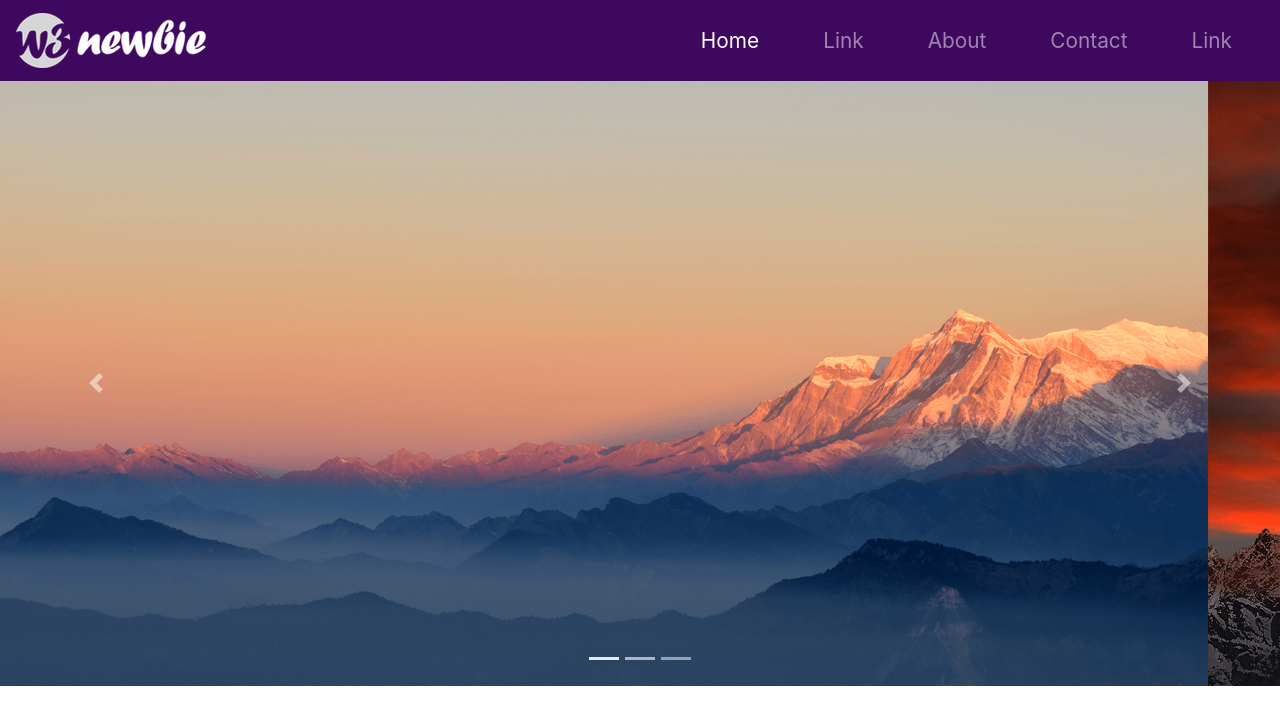
Repository: Mietlicha/bootstrap-project
Page: Bootstrap Website Files/index.html
An editor plug-in stored every save of this project. The page is shown before and after the next save, followed by the edit.
The browser window is 1280 px wide. The pictures show the whole page.

Above is the page before, as saved 2019-10-28 21:31:15.

After the next save:
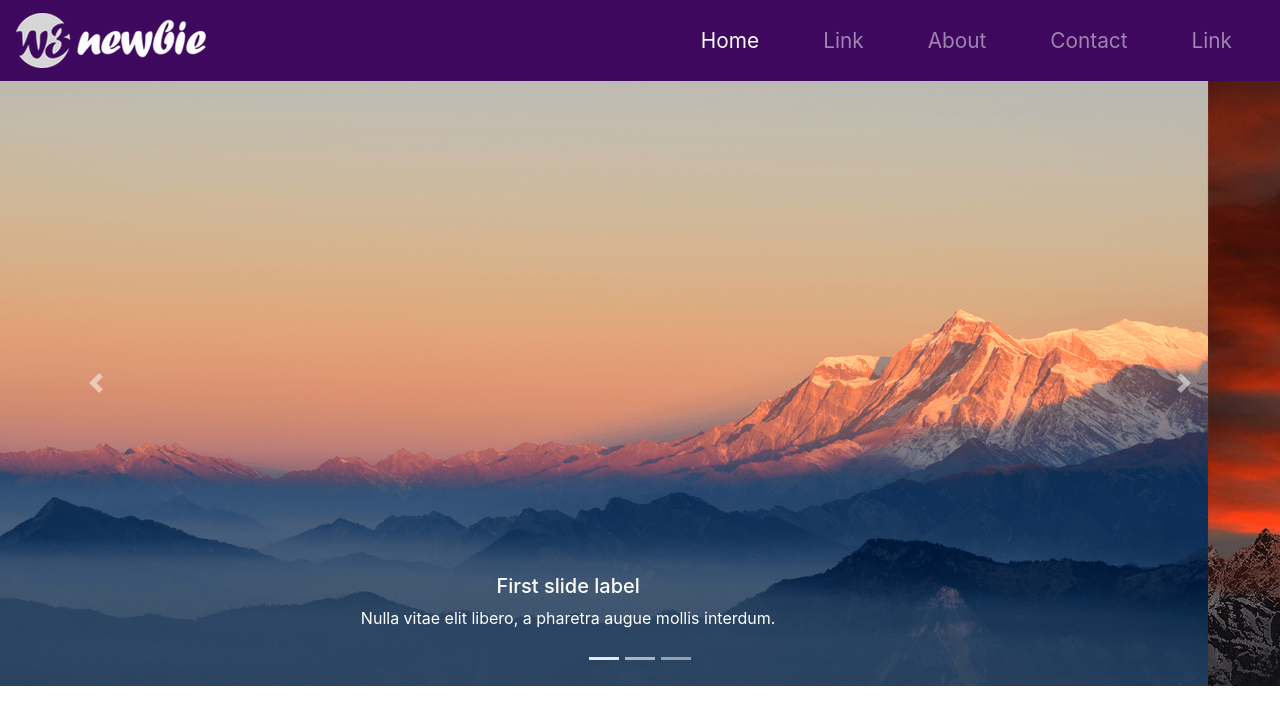
Saved 114 s later.
--- a/Bootstrap Website Files/index.html
+++ b/Bootstrap Website Files/index.html
@@ -51,12 +51,16 @@
       <div class="carousel-inner">
         <div class="carousel-item active">
           <img src="img/mountains.png" class="d-block w-100" alt="mountains">
+          <div class="carousel-caption d-none d-md-block">
+              <h5>First slide label</h5>
+              <p>Nulla vitae elit libero, a pharetra augue mollis interdum.</p>
+            </div>
         </div>
         <div class="carousel-item">
-          <img src="img/red.png" class="d-block w-100" alt="...">
+          <img src="img/red.png" class="d-block w-100" alt="dusk at mountains">
         </div>
         <div class="carousel-item">
-          <img src="img/snow.png" class="d-block w-100" alt="...">
+          <img src="img/snow.png" class="d-block w-100" alt="snowy mountains">
         </div>
       </div>
       <a class="carousel-control-prev" href="#carouselExampleIndicators" role="button" data-slide="prev">
